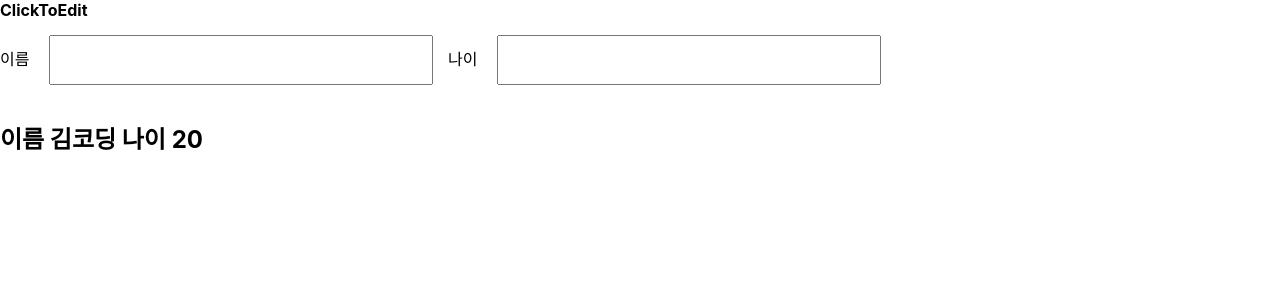
Repository: janghwahyun/wanted_pre_onboarding
Page: /ClickToEdit
The author's editor kept a copy of each file at every save. The page is drawn from the files as they stood at one save, then again after the next save.
The browser window is 1280 px wide. The pictures show the whole page.
The project was rebuilt for these pictures with package versions that can differ from the ones it lists, and the page was loaded fresh each time. Also part of the build but not shown: src/component/AutoComplete.js, src/component/Modal.js, src/component/Tab.js, src/component/Toggle.js.

Above is the page before, as saved 2022-02-11 12:39:21.

### src/App.js
import ClickToEdit from './component/ClickToEdit';
import AutoComplete from './component/AutoComplete';
import Modal from './component/Modal';
import Tab from './component/Tab';
import Toggle from './component/Toggle';

import './App.css';
import { BrowserRouter, Routes, Route } from 'react-router-dom';

function App() {
  return (
    <BrowserRouter>
      <Routes>
        <Route path="/" element={<App />} />
        <Route path="/ClickToEdit" element={<ClickToEdit />} />
        <Route path="/AutoComplete" element={<AutoComplete />} />
        <Route path="/Modal" element={<Modal />} />
        <Route path="/Tab" element={<Tab />} />
        <Route path="/Toggle" element={<Toggle />} />
      </Routes>
    </BrowserRouter>
  );
}

export default App;

### src/component/ClickToEdit.js
import React, { useState } from 'react';
import styled from 'styled-components';

const ClickToEdit = () => {
  const [name, setName] = useState('김코딩');
  const [age, setAge] = useState('20');

  return (
    <>
      <strong>ClickToEdit</strong>

      <div>
        이름 <Input onChange={e => setName(e.target.value)}></Input>
        나이 <Input onChange={e => setAge(e.target.value)}></Input>
      </div>
      <h2>
        이름 {name} 나이 {age}
      </h2>
    </>
  );
};
const Form = styled.div`
  width: 100%;
  height: 30%;
  display: flex;
  justify-content: center;
  align-items: center;
  flex-direction: column;
  margin: 30px;
`;

const Input = styled.input`
  width: 30%;
  height: 50px;
  flex-direction: column;
  margin: 15px;

  justify-content: center;
  align-items: center;
`;

export default ClickToEdit;

### src/App.css
* {
  box-sizing: border-box;
}

.App {
  width: 100%;
  height: 100vh;
  display: flex;
  justify-content: center;
  align-items: center;
}

Loaded but not shown: public/index.html (common file); src/index.js (common file); src/index.css (common file); src/reportWebVitals.js (common file)

After the next save:
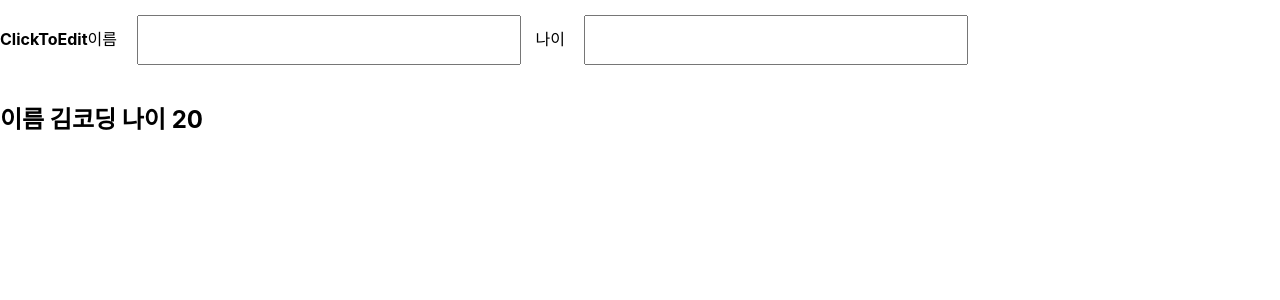
Saved 12 s later.
--- a/src/component/ClickToEdit.js
+++ b/src/component/ClickToEdit.js
@@ -8,11 +8,8 @@ const ClickToEdit = () => {
   return (
     <>
       <strong>ClickToEdit</strong>
-
-      <div>
-        이름 <Input onChange={e => setName(e.target.value)}></Input>
-        나이 <Input onChange={e => setAge(e.target.value)}></Input>
-      </div>
+      이름 <Input onChange={e => setName(e.target.value)}></Input>
+      나이 <Input onChange={e => setAge(e.target.value)}></Input>
       <h2>
         이름 {name} 나이 {age}
       </h2>
@@ -32,7 +29,7 @@ const Form = styled.div`
 const Input = styled.input`
   width: 30%;
   height: 50px;
-  flex-direction: column;
+
   margin: 15px;
 
   justify-content: center;
